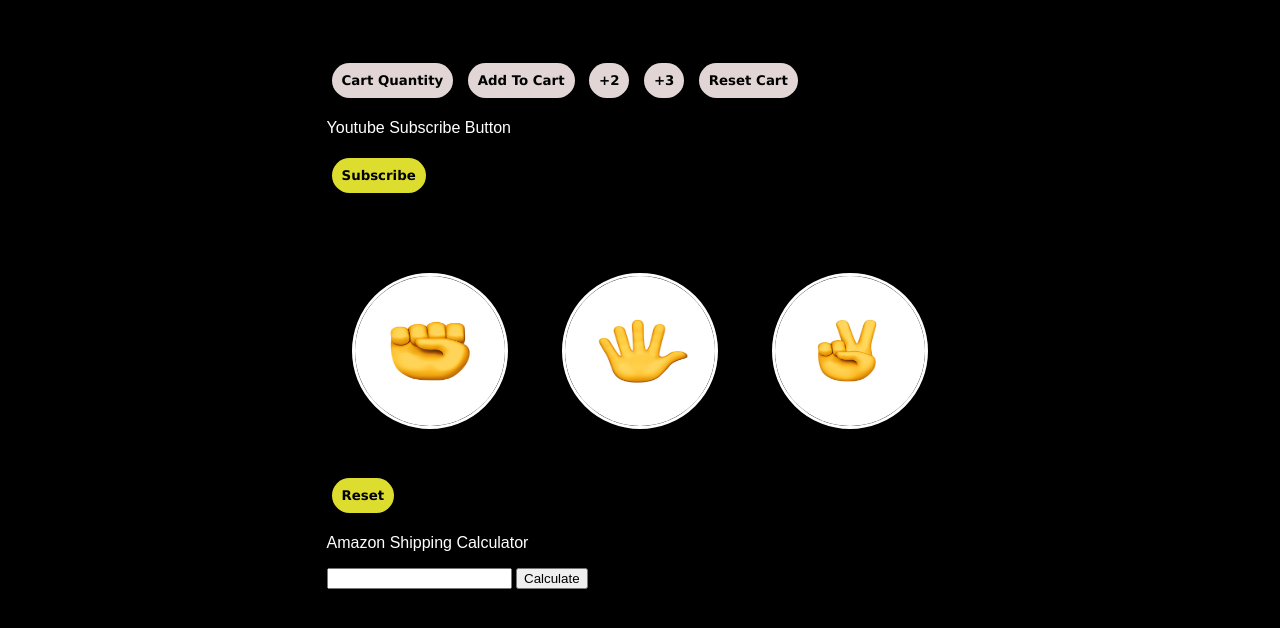
Repository: EguJaredoBoyd/Jared-Learning-Projects
Page: javascript-tutorial.html
These files come from the project's save history. The page is drawn as it stood at one moment and after the next save; the edit follows.
The browser window is 1280 px wide. The pictures show the whole page.

Above is the page before, as saved 2025-07-07 00:03:12.

After the next save:
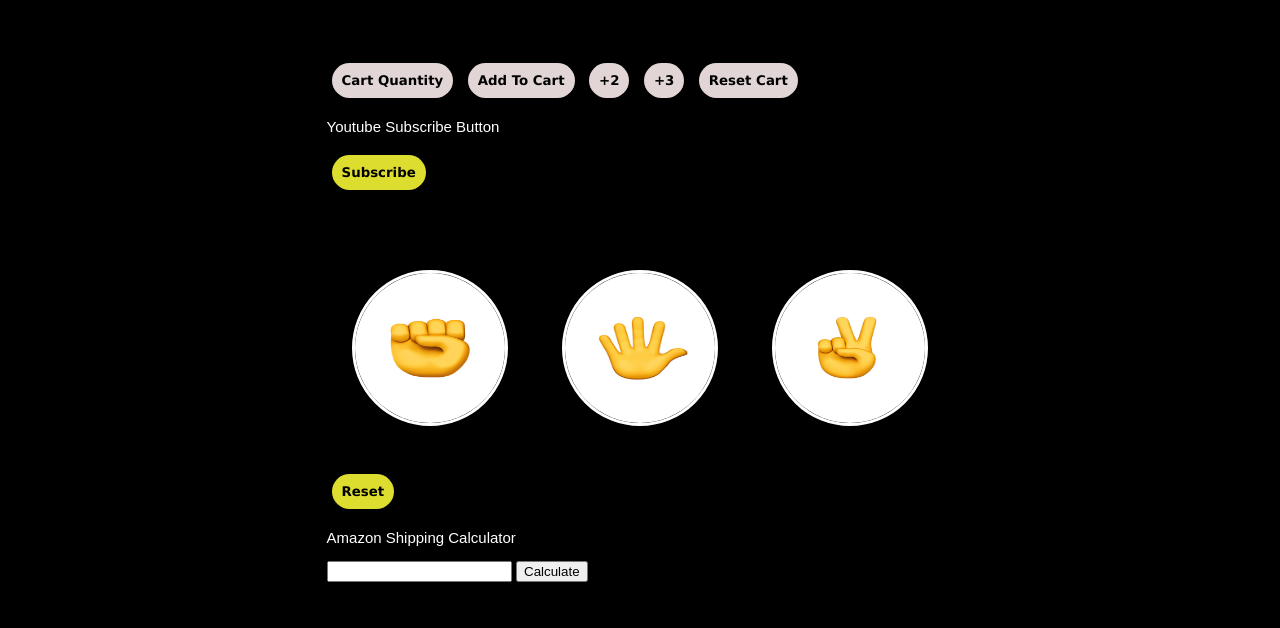
Saved 17 h 38 min later.
--- a/javascript-tutorial.css
+++ b/javascript-tutorial.css
@@ -62,3 +62,6 @@ p{
     color:rgb(221, 221, 48) ;
 
 }
+section p{
+    font-size: 15px;
+}
